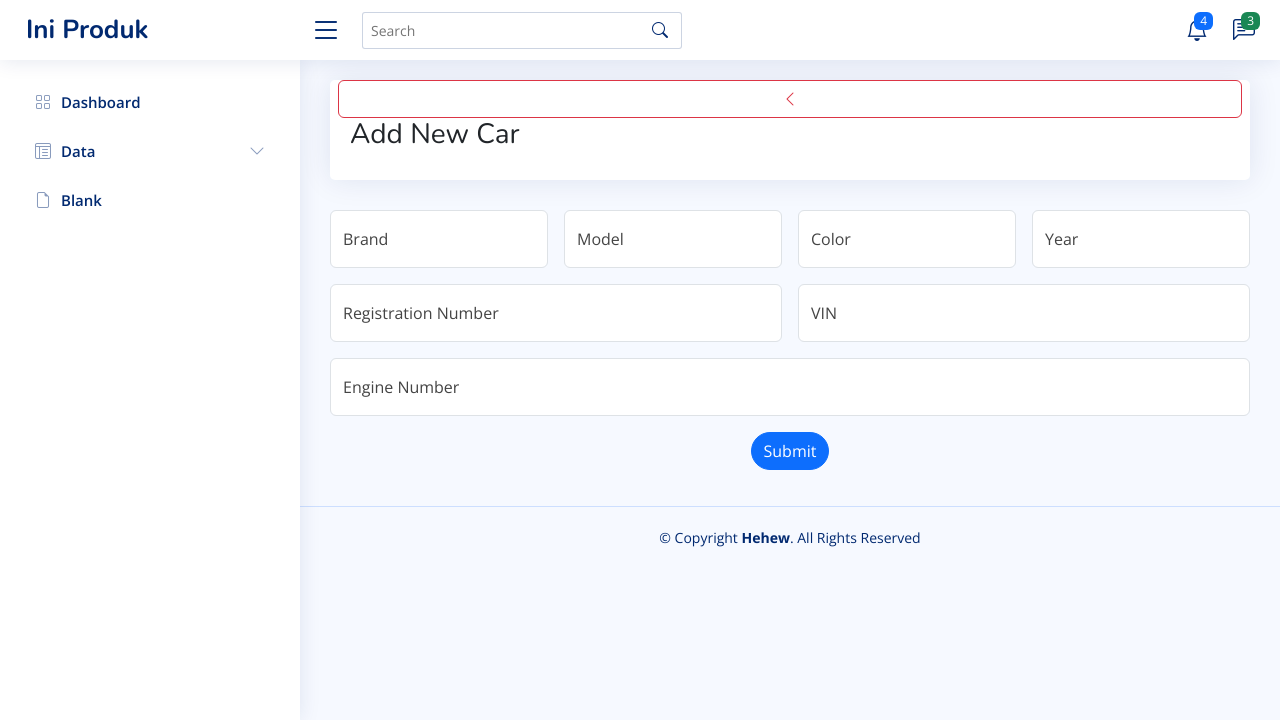
Repository: Jistoper/car_rental
Page: http://localhost/create
An editor plug-in stored every save of this project. The page is shown before and after the next save, followed by the edit.
The browser window is 1280 px wide. The pictures show the whole page.
The page is served by the project's Laravel application, run on PHP 8.4 with Laravel 9.

Above is the page before, as saved 2023-06-25 15:16:55.

After the next save:
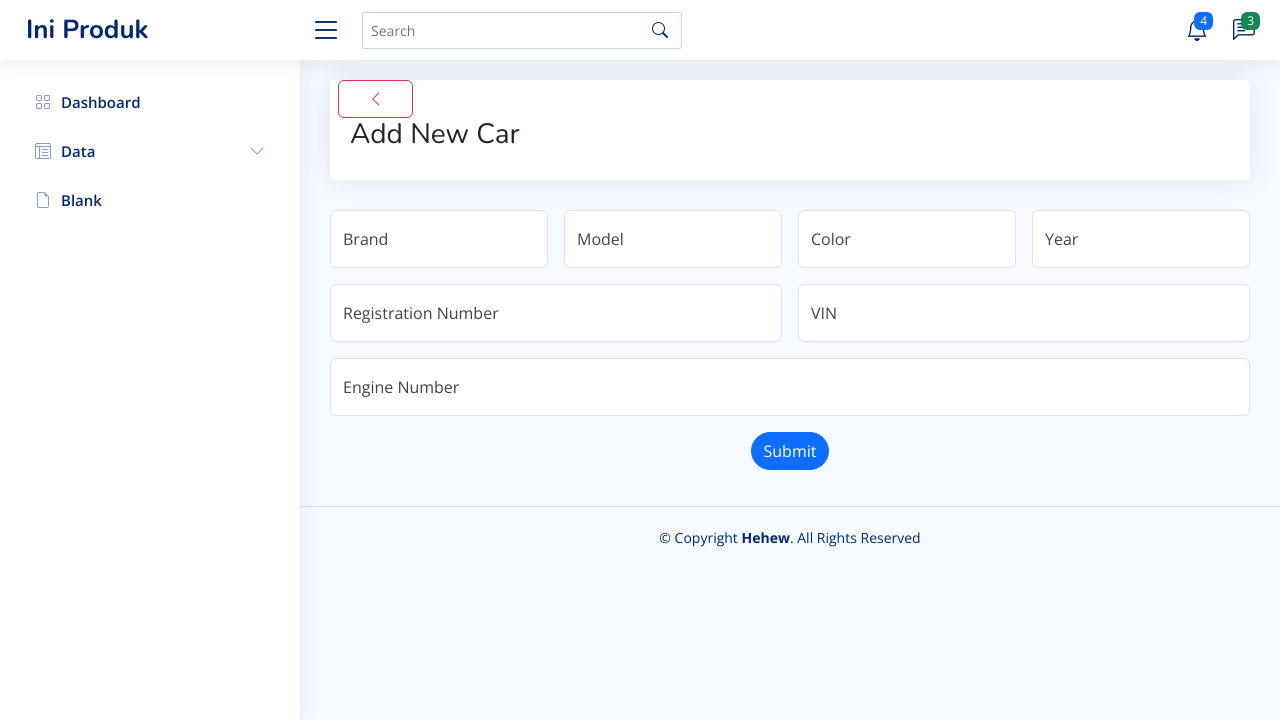
Saved 20 s later.
--- a/resources/views/backsite/content/car/createcar.blade.php
+++ b/resources/views/backsite/content/car/createcar.blade.php
@@ -5,7 +5,7 @@
 <div>
     <div class="card">
       <div class="card-body row">
-        <button type="button" href="{{ route('car.getall') }}" class="btn btn-outline-danger bi-chevron-left"></button>
+        <button type="button" href="{{ route('car.getall') }}" class="btn btn-outline-danger bi-chevron-left col-md-1"></button>
         <h3>Add New Car</h3>
       </div>
     </div>
